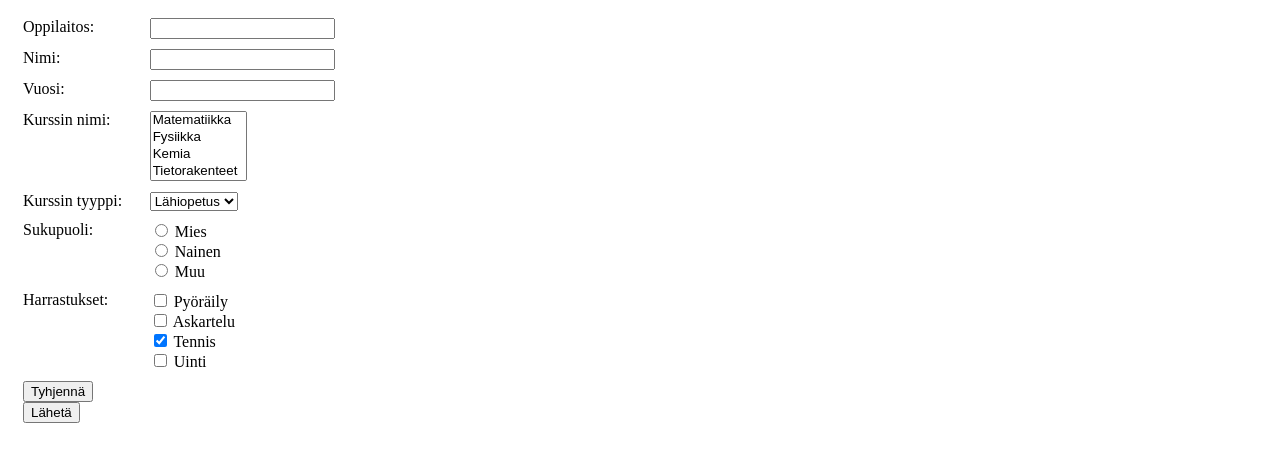
Repository: Niina-Maria/tehtavat-12-17-Niina-Maria2
Page: teht16.html
The author's editor kept a copy of each file at every save. The page is drawn from the files as they stood at one save, then again after the next save.
The browser window is 1280 px wide. The pictures show the whole page.

Above is the page before, as saved 2024-11-20 12:49:10.

After the next save:
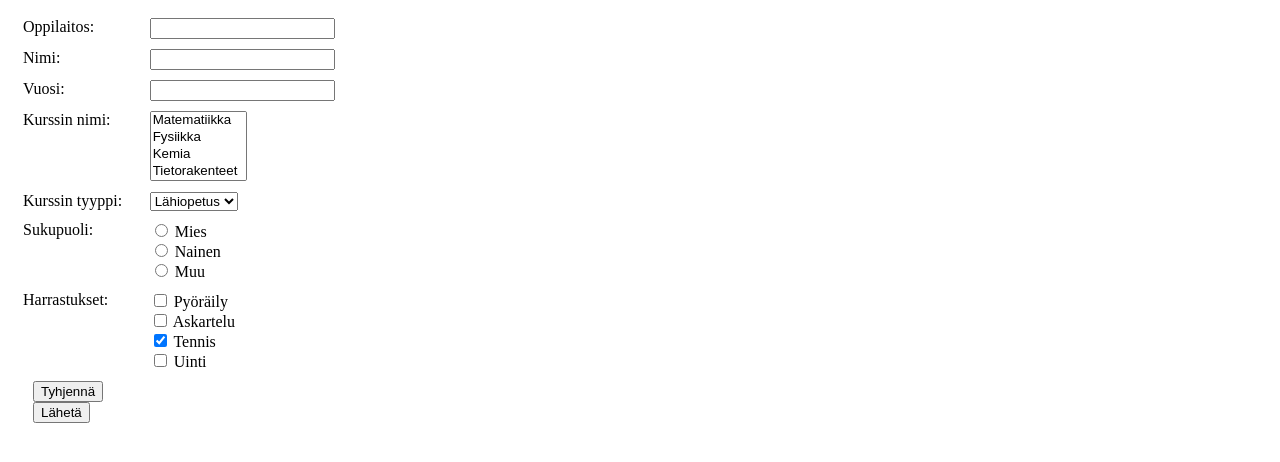
Saved 36 s later.
--- a/teht16.css
+++ b/teht16.css
@@ -104,3 +104,10 @@
     margin-left: 10px;
     border: 1 px solid black;
 }
+
+.taulukko .a15 {
+    grid-column: 1/ span 2;
+    /* justify-content: left; */
+    margin-left: 10px;
+    border: 1 px solid black;
+}

After the 2 saves that followed:
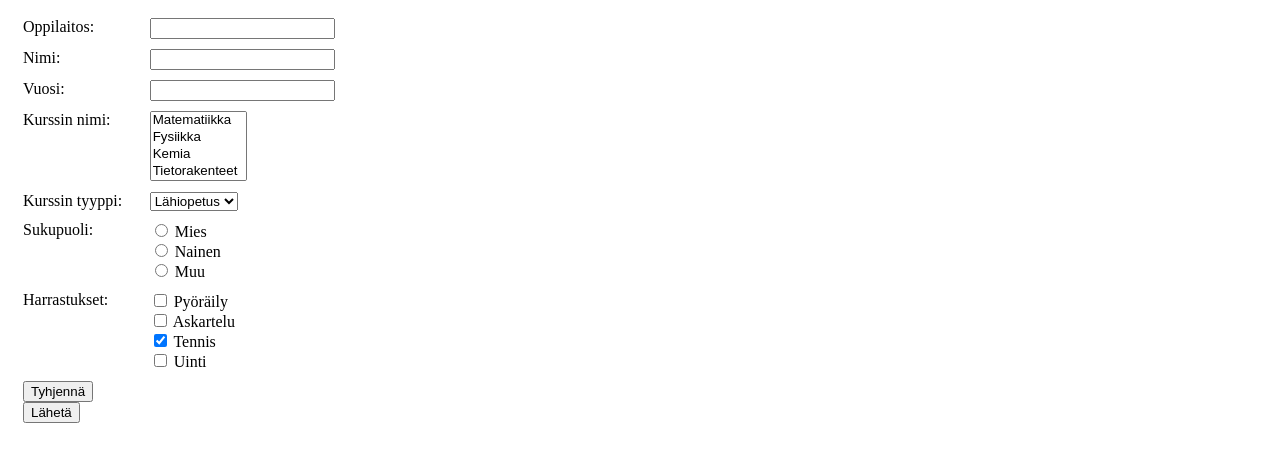
The 2 saves are shown as one change because 1 left the picture as it was.
The last was saved 62 s later.
--- a/teht16.css
+++ b/teht16.css
@@ -107,7 +107,6 @@
 
 .taulukko .a15 {
     grid-column: 1/ span 2;
-    /* justify-content: left; */
-    margin-left: 10px;
+    align-content: center;
     border: 1 px solid black;
 }
